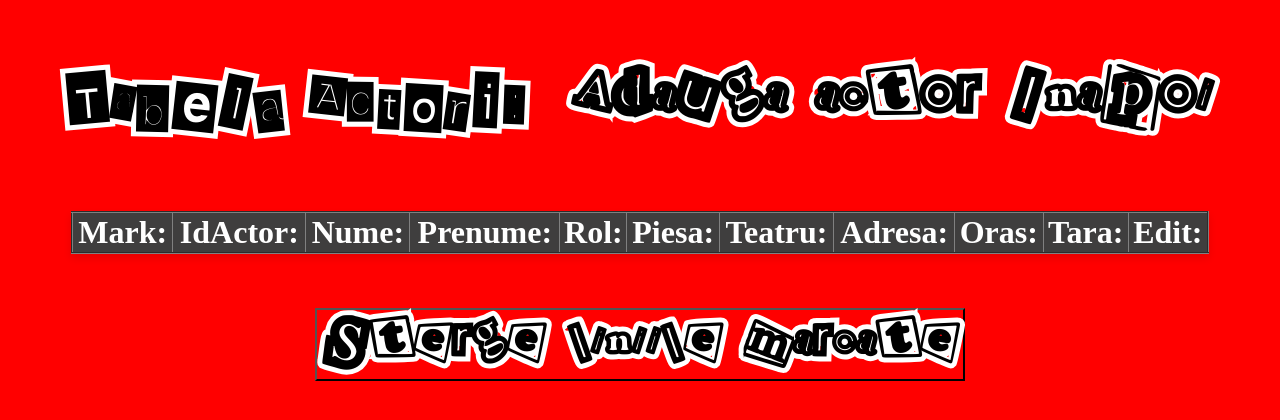
Repository: SusStefan/ActorDB
Page: http://localhost/Actori/tabela_actori.jsp
An editor plug-in stored every save of this project. The page is shown before and after the next save, followed by the edit.
The browser window is 1280 px wide. The pictures show the whole page.
The page is served by Tomcat 9. Queries for data that is not in the repository find no rows.

Above is the page before, as saved 2025-12-15 19:46:57.
Console error: TypeError: Cannot set properties of null (setting 'innerHTML')

After the next save:
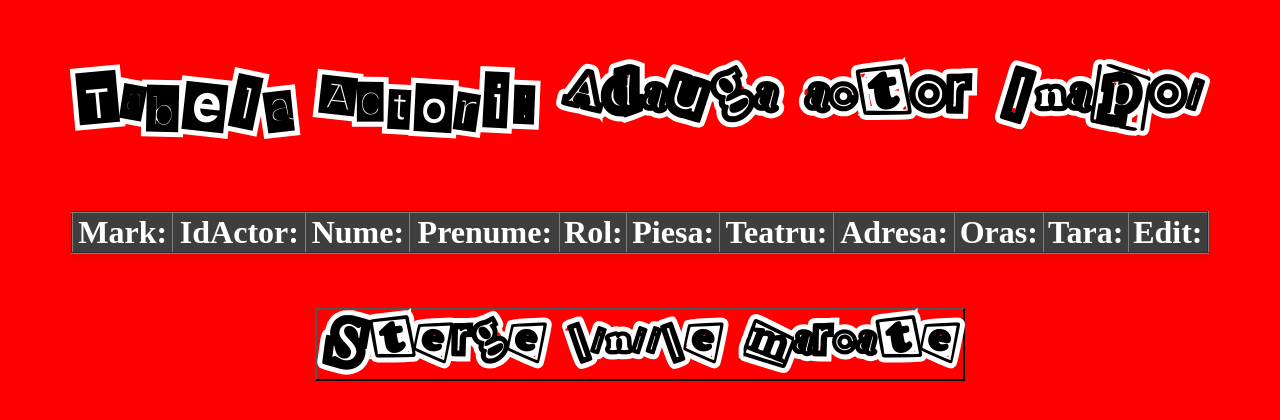
Saved 89 min 11 s later.
--- a/Actori/src/main/webapp/tabela_actori.jsp
+++ b/Actori/src/main/webapp/tabela_actori.jsp
@@ -12,8 +12,6 @@
  <body>
   <div id="butholder2">
  <h1 align="center" id="titlu"> Tabela Actori:</h1>
- <br/>
-
 <a href="adauga_actor.jsp">
 <div class="cssbutton "id="butactori1"><b class="sway-text"><strong>Adauga actor</strong></b></div>
 </a>
